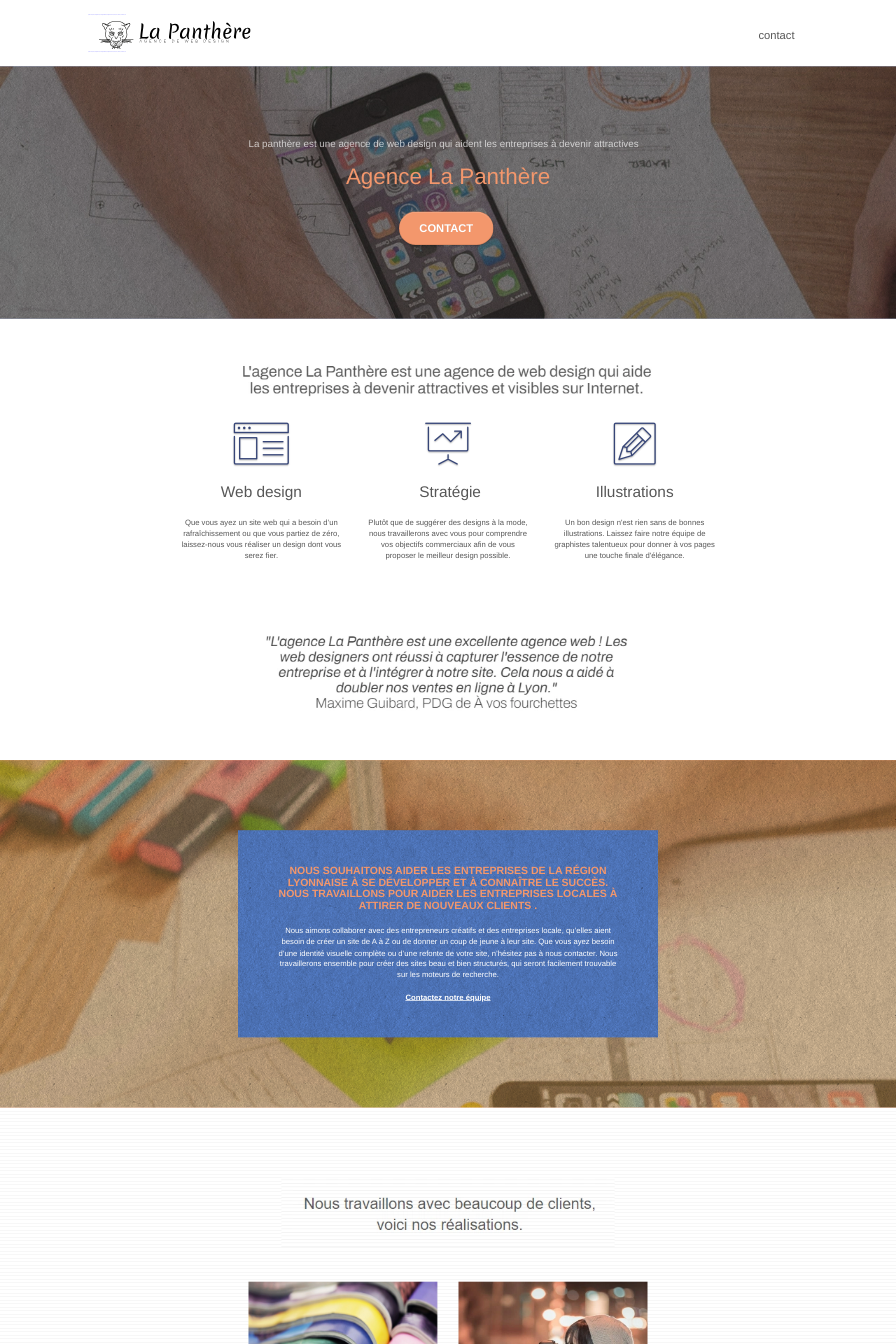
Repository: yacinebouk/la-panthere
Page: index.html
These files come from the project's save history. The page is drawn as it stood at one moment and after the next save; the edit follows.
The browser window is 1280 px wide. The pictures show the part of the page from y = 0 to 1920 px (the page is 3303 px tall before and 3323 px after), at 70% of full size.

Above is the page before, as saved 2022-07-28 11:04:47.

After the next save:
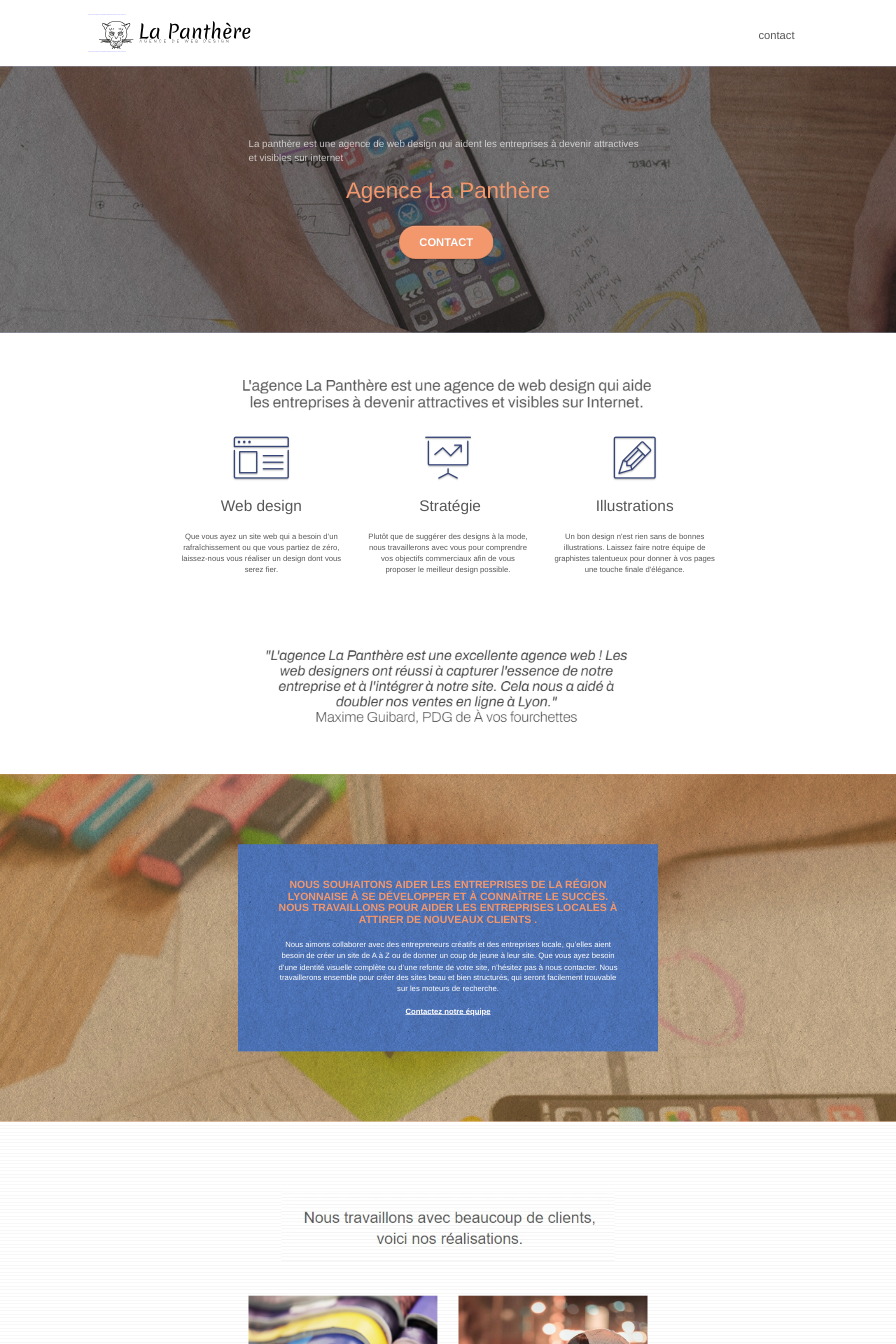
Saved 13 s later.
--- a/index.html
+++ b/index.html
@@ -66,7 +66,7 @@
             <div class="container bloc-lg">
                 <div class="row tight-width-whitespace">
                     <div class="col-sm-12">
-                        <span>La panthère est une agence de web design qui aident les entreprises à devenir attractives </span>
+                        <span>La panthère est une agence de web design qui aident les entreprises à devenir attractives et visibles sur internet </span>
                         <h1 class="text-center hero-bloc-text tc-white ">
                             Agence La Panthère
                         </h1>
